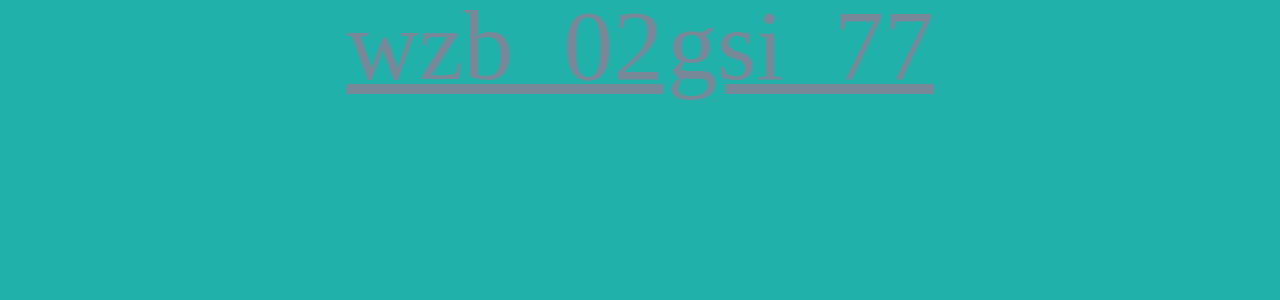
Repository: KHANas02/JS_first-lesson
Page: GIT.html
An editor plug-in stored every save of this project. The page is shown before and after a run of saves, followed by the edit.
The browser window is 1280 px wide. The pictures show the whole page.

Above is the page before, as saved 2024-03-23 10:01:11.

### GIT.html
<!DOCTYPE html>
<html lang="en">
  <head>
    <meta charset="UTF-8" />
    <meta name="viewport" content="width=device-width, initial-scale=1.0" />
    <title>Git Hub accounts</title>
    <link rel="stylesheet" href="./index.html" />
    <style>
      body {
        background-color: lightseagreen;
        text-align: center;
        position: relative;
        bottom: 20px;
      }
      a:hover {
        scale: 125%;
      }
      a {
        color: lightslategray;
        font-size: 100px;
        font-weight: 100px;
      }
    </style>
  </head>
  <body>
    <a href="https://github.com/KHANas02">wzb_02</a>
    <a href="https://github.com/saidagafurova">gsi_77</a>
  </body>
</html>

### index.html
<!DOCTYPE html>
<html lang="en">
  <head>
    <meta charset="UTF-8" />
    <meta name="viewport" content="width=device-width, initial-scale=1.0" />
    <title>Market</title>
    <link rel="stylesheet" href="./style.css" />
  </head>
  <body>
    <video autoplay loop muted plays-inline class="background-video">
      <source
        src="https://github.com/ecemgo/mini-samples-great-tricks/assets/13468728/82f375e7-244f-4c21-90ac-9abd7549ed05"
        type="video/mp4"
      />
    </video>

    <input type="checkbox" id="check" />
    <label for="check" class="icons">
      <i class="bx bx-menu" id="menu-icon"></i>
      <i class="bx bx-x" id="close-icon"></i>
    </label>

    <nav class="navbar">
      <a target="_blank" href="#" class="nav-item" style="--i: 0">Home</a>
      <a target="_blank" href="#" class="nav-item" style="--i: 1">Book</a>
      <a target="_blank" href="#" class="nav-item" style="--i: 2">Favorites</a>
      <a target="_blank" href="#" class="nav-item" style="--i: 3">Contact</a>
      <a target="_blank" href="#" class="nav-item" style="--i: 4">About us</a>
      <a target="_blank" href="GIT.html" class="nav-item" style="--i: 5">GIT HUB</a>
      <a target="_blank" href="#" class="nav-item" style="--i: 6">Services</a>
      <a target="_blank" href="portfolio.html" class="nav-item" style="--i: 7"
        >Portfolio</a
      >
      <a target="_blank" href="sale.html" class="nav-item" style="--i: 6"
        >Sale</a
      >
      <a target="_blank" href="location.html" class="nav-item" style="--i: 6"
        >Our location</a
      >
      <a target="_blank" href="feedback.html" class="nav-item" style="--i: 8"
        >Feedback</a
      >
    </nav>

    <section class="content">
      <h1>Company</h1>
      <a href="#" class="btn light"></a>
    </section>

    <div class="container">
      <div class="card">
        <img src="photo_2024-02-25_17-26-45.jpg" />
        <div class="card__head">Costs:10.000 Sum</div>
      </div>
      <div class="card">
        <img src="photo_2024-02-26_21-07-56.jpg" />
        <div class="card__head">Costs:5.000 Sum</div>
      </div>

      <div class="card">
        <img src="photo_2024-02-26_21-07-54.jpg" />
        <div class="card__head">Costs:7.000 Sum</div>
      </div>

      <div class="card">
        <img src="photo_2024-03-22_22-08-20.jpg" />
        <div class="card__head">Costs:7.000 Sum</div>
      </div>
      <img class="card">
        <img src="photo_2024-03-22_22-21-49.jpg" />
        <div class="card__head">Costs:7.000 Sum</div>
      </img>
    </div>
  </body>
</html>

After the next 4 saves:
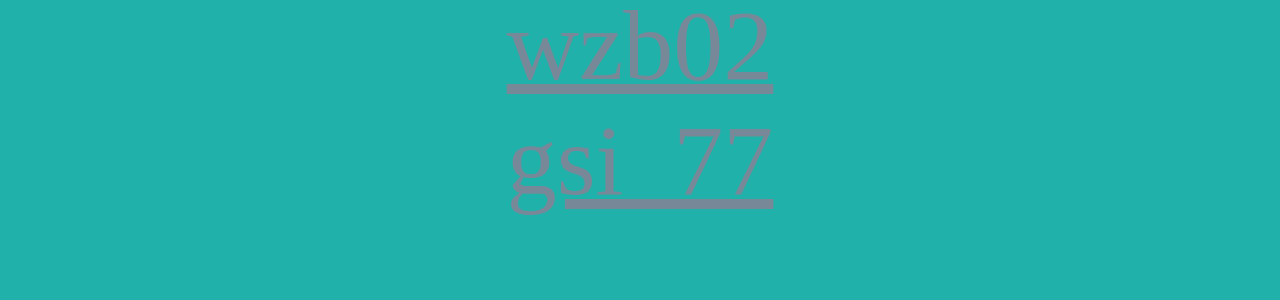
The 4 saves are shown as one change because they came seconds apart.
The last was saved 24 s later.
--- a/GIT.html
+++ b/GIT.html
@@ -23,7 +23,7 @@
     </style>
   </head>
   <body>
-    <a href="https://github.com/KHANas02">wzb_02</a>
+    <a href="https://github.com/KHANas02">wzb02</a><br>
     <a href="https://github.com/saidagafurova">gsi_77</a>
   </body>
 </html>
